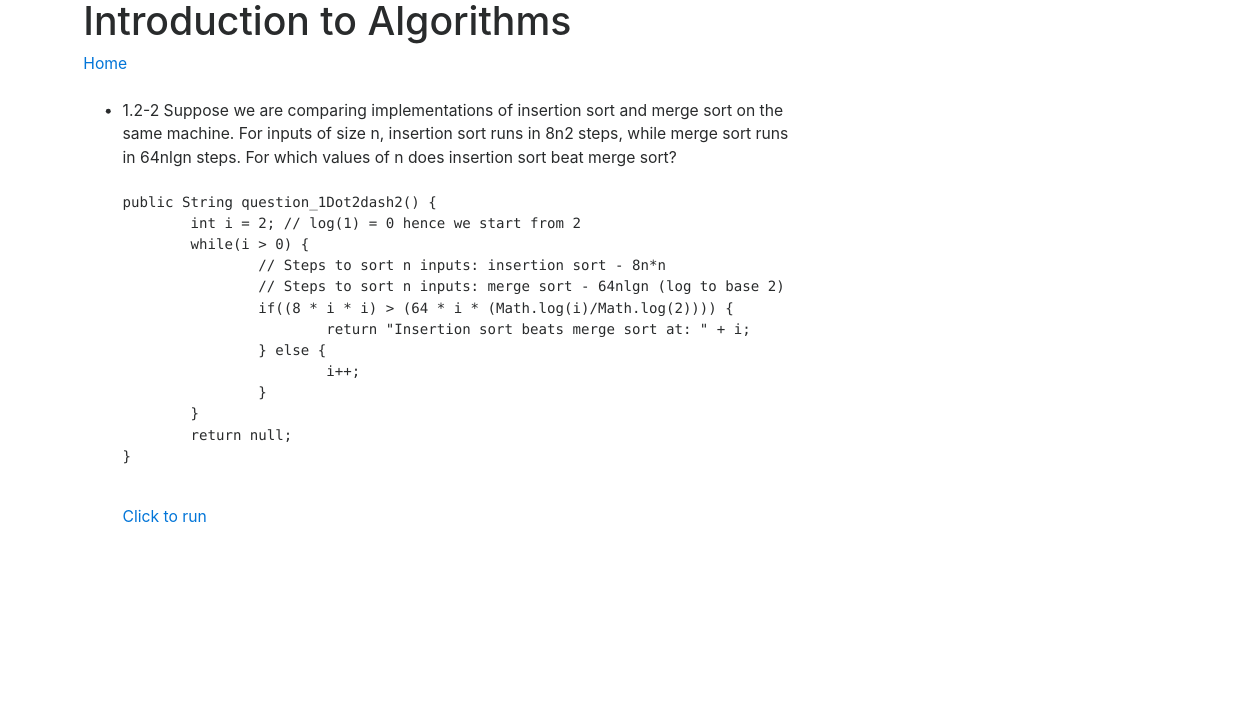
Repository: baltejas/algorithms
Page: http://localhost/algorithms/WEB-INF/views/index.jsp
The author's editor kept a copy of each file at every save. The page is drawn from the files as they stood at one save, then again after the next save.
The browser window is 1280 px wide. The pictures show the whole page, at 98% of full size.
The page is served by Tomcat 9. Nobody is signed in. Other server files are loaded and not shown. The template is opened directly, without the code that normally fills it, so the values that code supplies are empty.

Above is the page before, as saved 2017-05-07 00:20:44.

### algorithms/src/main/webapp/WEB-INF/views/index.jsp
<html>
	<head>
		<link rel="stylesheet" href="resources/css/bootstrap.css">
	</head>
	<body>
		<div class="container">
		<h1>Introduction to Algorithms</h1>
		<a href="/algorithms/list">Home</a><br><br>
			<div class="row">
				<div class="col-md-8">
					<ul>
						<li>1.2-2 Suppose we are comparing implementations of insertion sort and merge sort on the same machine.
							For inputs of size n, insertion sort runs in 8n2 steps, while merge sort runs in 64nlgn steps.
							For which values of n does insertion sort beat merge sort?<br><br>
								<pre>
public String question_1Dot2dash2() {
	int i = 2; // log(1) = 0 hence we start from 2
	while(i > 0) {
		// Steps to sort n inputs: insertion sort - 8n*n
		// Steps to sort n inputs: merge sort - 64nlgn (log to base 2)
		if((8 * i * i) > (64 * i * (Math.log(i)/Math.log(2)))) {
			return "Insertion sort beats merge sort at: " + i;
		} else {
			i++;
		}
	}
	return null;
}
								</pre>
						<a href="/algorithms/question_1Dot2dash2">Click to run</a>
						<label>${answer}</label>
						</li>
					</ul>
				</div>
			</div>
		</div>
	</body>
</html>

Loaded but not shown: algorithms/src/main/webapp/resources/css/bootstrap.css (library)

After the next save:
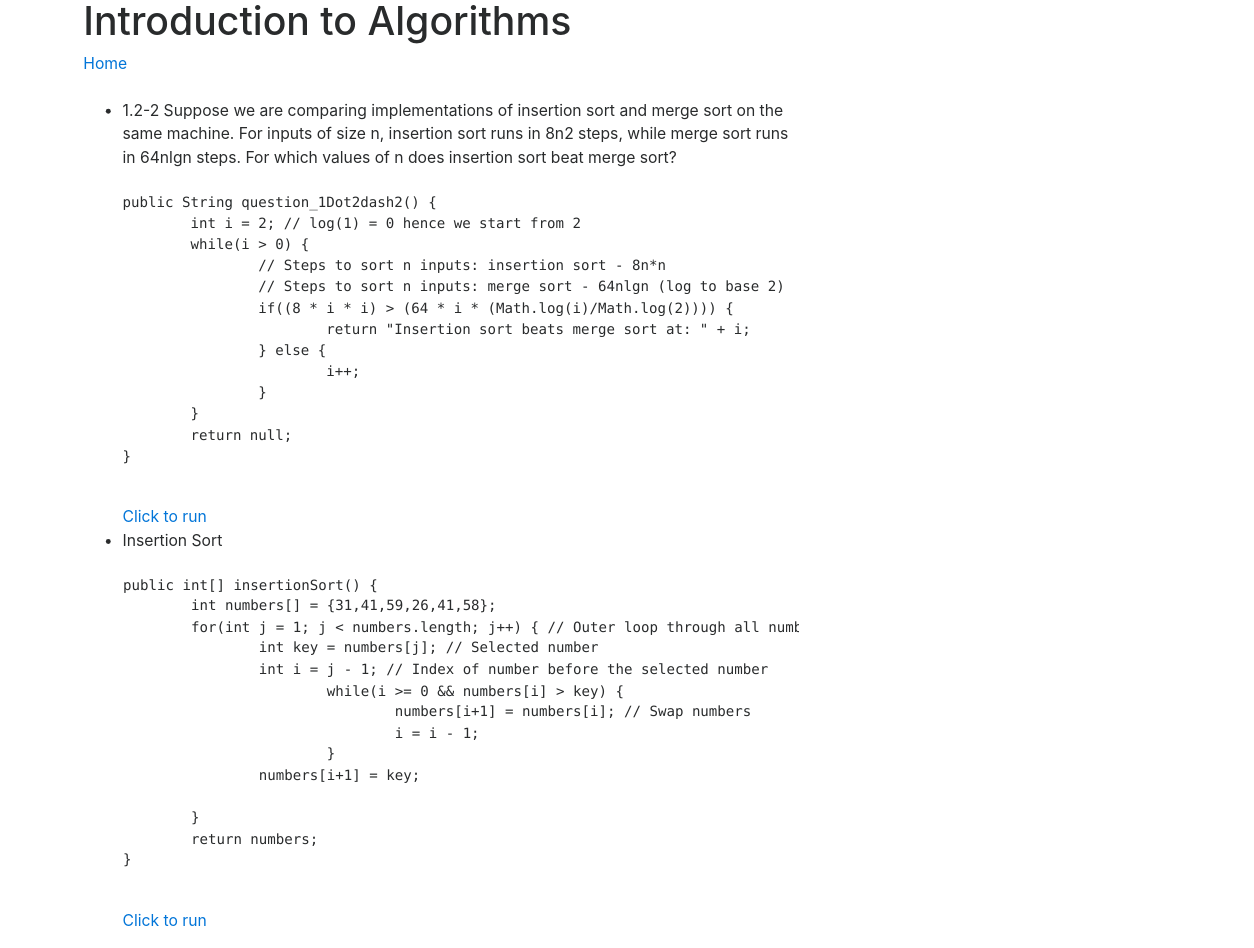
Saved 56 s later.
--- a/algorithms/src/main/webapp/WEB-INF/views/index.jsp
+++ b/algorithms/src/main/webapp/WEB-INF/views/index.jsp
@@ -30,6 +30,28 @@ public String question_1Dot2dash2() {
 						<a href="/algorithms/question_1Dot2dash2">Click to run</a>
 						<label>${answer}</label>
 						</li>
+
+						<li>Insertion Sort<br><br>
+								<pre>
+public int[] insertionSort() {
+	int numbers[] = {31,41,59,26,41,58};
+	for(int j = 1; j < numbers.length; j++) { // Outer loop through all numbers
+		int key = numbers[j]; // Selected number
+		int i = j - 1; // Index of number before the selected number
+			while(i >= 0 && numbers[i] > key) {
+				numbers[i+1] = numbers[i]; // Swap numbers
+				i = i - 1;
+			}
+		numbers[i+1] = key;
+
+	}
+	return numbers;
+}
+								</pre>
+						<a href="/algorithms/insertionSort">Click to run</a>
+						<label>${answer}</label>
+						</li>
+
 					</ul>
 				</div>
 			</div>
